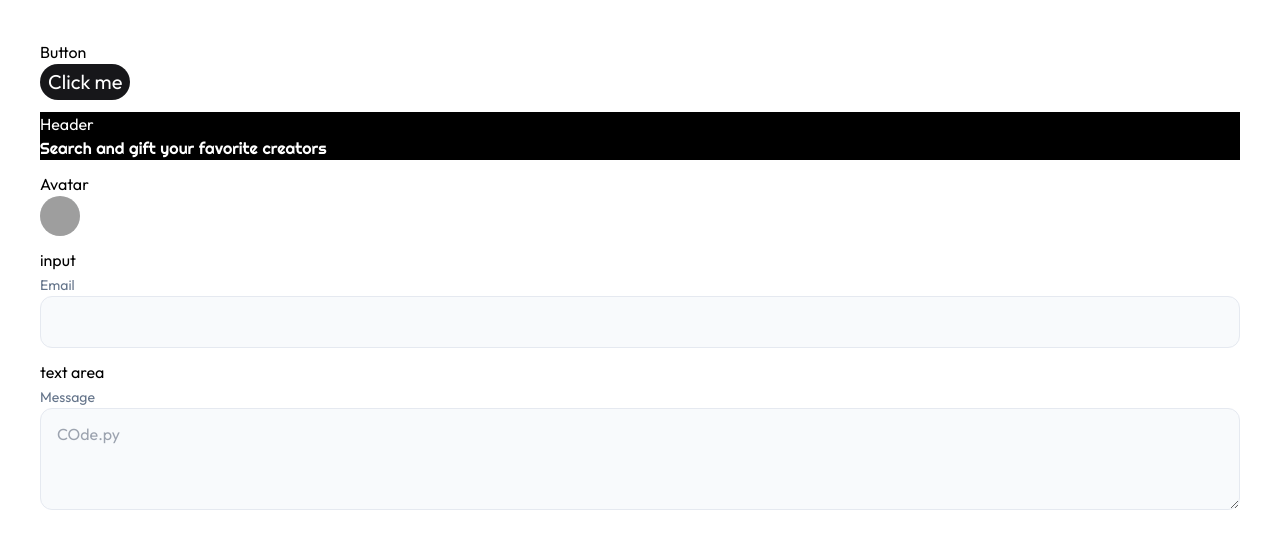
Repository: felixdusengimana/capstone-project-mirror
Page: /components (app in frontend/)
These files come from the project's save history. The page is drawn as it stood at one moment and after the next save; the edit follows.
The browser window is 1280 px wide. The pictures show the whole page.
Pictures or frames that could not be fetched are drawn as grey boxes. The project was rebuilt for these pictures with package versions that can differ from the ones it lists, and the page was loaded fresh each time. The framework's server and built-in components were replaced by stand-ins that run in the browser. Also part of the build but not shown: frontend/next.config.mjs, frontend/components/atoms/Icon.tsx.

Above is the page before, as saved 2024-03-11 11:43:21.

### frontend/app/layout.tsx
import type { Metadata } from "next";
import { Righteous, Outfit } from "next/font/google";
import "./globals.css";

const outfit = Outfit({ subsets: ["latin"], variable: "--font-outfit" });
const righteous = Righteous({
  subsets: ["latin"],
  variable: "--font-righteous",
  weight: "400",
});

export const metadata: Metadata = {
  title: "Pesatone - Search and gift your favorite creators",
  description:
    "A place where fans show gratitude to the African content creators they love!",
};

export default function RootLayout({
  children,
}: Readonly<{
  children: React.ReactNode;
}>) {
  return (
    <html lang="en">
      <body className={`${outfit.variable} ${righteous.variable} font-sans`}>
        {children}
      </body>
    </html>
  );
}

### frontend/app/components/page.tsx
import Avatar from "@/components/atoms/Avatar";
import Button from "@/components/atoms/Button";
import Headline from "@/components/atoms/Headline";
import Input from "@/components/atoms/Input";
import TextArea from "@/components/atoms/TextArea";
import React from "react";

export default function page() {
  return (
    <div className="p-10 flex flex-col gap-3">
      <div>
        <h1>Button</h1>
        <Button variant="secondary" size="sm">
          Click me
        </Button>
      </div>
      <div className="bg-black">
        <h1 className="text-white">Header</h1>
        <Headline>Search and gift your favorite creators</Headline>
      </div>
      <div>
        <h1>Avatar</h1>
        <Avatar src="https://letsenhance.io/static/8f5e523ee6b2479e26ecc91b9c25261e/1015f/MainAfter.jpg" />
      </div>
      <div>
        <h1>input</h1>
        <Input label="Email" />
      </div>
      <div>
        <h1>text area</h1>
        <TextArea placeholder="COde.py" label="Message" />
      </div>
    </div>
  );
}

### frontend/app/globals.css
@tailwind base;
@tailwind components;
@tailwind utilities;

:root {
  --bg: #171719;
  --bg-hover: #232326;
  --secondary-color: #17171A;
  --foreground-rgb: 0, 0, 0;
  --background-start-rgb: 214, 219, 220;
  --background-end-rgb: 255, 255, 255;
}

@media (prefers-color-scheme: dark) {
  :root {
    --foreground-rgb: 255, 255, 255;
    --background-start-rgb: 0, 0, 0;
    --background-end-rgb: 0, 0, 0;
  }
}

body {}

@layer utilities {
  .text-balance {
    text-wrap: balance;
  }
}

.page-padding {
  padding: 0 252px;
}

### frontend/components/atoms/Avatar.tsx
/* eslint-disable @next/next/no-img-element */
import { ComponentProps } from "react";
import Icon from "./Icon";

interface AvatarProps extends ComponentProps<"div"> {
  src: string;
  alt?: string;
  size?: "sm" | "md" | "lg" | "xl" | "2xl";
  circle?: boolean;
  bordered?: boolean;
  fallBackText?: string;
}
export default function Avatar({ ...props }: AvatarProps) {
  const {
    src,
    alt,
    size = "sm",
    circle = true,
    fallBackText,
    bordered,
    ...rest
  } = props;

  const sizeClasses = {
    sm: "w-10 h-10",
    md: "w-12 h-12",
    lg: "w-16 h-16",
    xl: "w-[150px] h-[150px]",
    "2xl": "w-[202px] h-[202px]",
  };

  return (
    <div
      {...rest}
      className={`bg-gray-100 ${circle ? "rounded-full" : "rounded"} ${
        bordered ? "border-2 border-white" : ""
      } ${sizeClasses[size]} ${
        rest.className
      } flex items-center justify-center overflow-hidden`}
    >
      {src ? (
        <img
          src={src}
          alt={alt}
          className={`w-full ${sizeClasses[size]} object-cover`}
        />
      ) : fallBackText ? (
        fallBackText
      ) : (
        <Icon name="user" />
      )}
    </div>
  );
}

### frontend/components/atoms/Button.tsx
import { ComponentProps } from "react";

interface ButtonProps extends ComponentProps<"button"> {
  variant?: "dark" | "white" | "blurred" | "secondary";
  size?: "sm" | "md" | "lg";
  bordered?: boolean;
}

export default function Button({ ...props }: ButtonProps) {
  const { variant = "dark", size = "md", bordered = false } = props;

  const variantClasses = {
    dark: "bg-black text-white",
    white: "bg-white text-black",
    secondary: "bg-secondary text-white",
    blurred: "bg-blurred text-white",
  };

  const sizeClasses = {
    sm: "px-2 py-1",
    md: "px-8 py-4",
    lg: "px-6 py-3",
  };

  const borderClasses = bordered ? "border border-black" : "";

  return (
    <button
      {...props}
      className={`text-xl font-normal rounded-full ${variantClasses[variant]} ${sizeClasses[size]} ${borderClasses} ${props.className}`}
    >
      {props.children}
    </button>
  );
}

### frontend/components/atoms/Headline.tsx
import { ComponentProps } from "react";

interface HeadlineProps extends ComponentProps<"h1"> {}

export default function Headline({ ...props }: HeadlineProps) {
  return (
    <div className={`font-mono text-white ${props.className}`}>
      {props.children}
    </div>
  );
}

### frontend/components/atoms/Input.tsx
import { ComponentProps, useId } from "react";

interface InputProps extends ComponentProps<"input"> {
  label?: string;
  labelStyle?: string;
}

export default function Input({ ...props }: InputProps) {
  const { label, labelStyle } = props;
  const id = useId();

  return (
    <div>
      {label && (
        <label
          className={`text-[#64748A] text-sm font-normal mb-1 ${labelStyle}`}
          htmlFor={props.id ?? id}
        >
          {label}
        </label>
      )}
      <input
        {...props}
        className={`bg-slate-50 py-[13px] px-4 border border-[#E5E9F0] outline-none w-full rounded-xl ${props.className}`}
        id={props.id ?? id}
      />
    </div>
  );
}

### frontend/components/atoms/TextArea.tsx
import { ComponentProps, useId } from "react";

interface TextAreaProps extends ComponentProps<"textarea"> {
  label?: string;
  labelStyle?: string;
}

export default function TextArea({ ...props }: TextAreaProps) {
  const { label, labelStyle } = props;
  const id = useId();

  return (
    <div>
      {label && (
        <label
          className={`text-[#64748A] text-sm font-normal mb-1 ${labelStyle}`}
          htmlFor={props.id ?? id}
        >
          {label}
        </label>
      )}
      <textarea
        {...props}
        className={`bg-slate-50 py-[13px] min-h-[102px] px-4 border border-[#E5E9F0] outline-none w-full rounded-xl ${props.className}`}
        id={props.id ?? id}
      />
    </div>
  );
}

### frontend/tailwind.config.ts
import type { Config } from "tailwindcss";

const config: Config = {
  content: [
    "./pages/**/*.{js,ts,jsx,tsx,mdx}",
    "./components/**/*.{js,ts,jsx,tsx,mdx}",
    "./app/**/*.{js,ts,jsx,tsx,mdx}",
  ],
  theme: {
    extend: {
      // backgroundImage: {
      //   "gradient-radial": "radial-gradient(var(--tw-gradient-stops))",
      //   "gradient-conic":
      //     "conic-gradient(from 180deg at 50% 50%, var(--tw-gradient-stops))",
      // },
      fontFamily: {
        sans: ["var(--font-outfit)"],
        mono: ["var(--font-righteous)"],
      },
      colors: {
        secondary: "var(--secondary-color)",
      },
    },
  },
  plugins: [],
};
export default config;

After the next save:
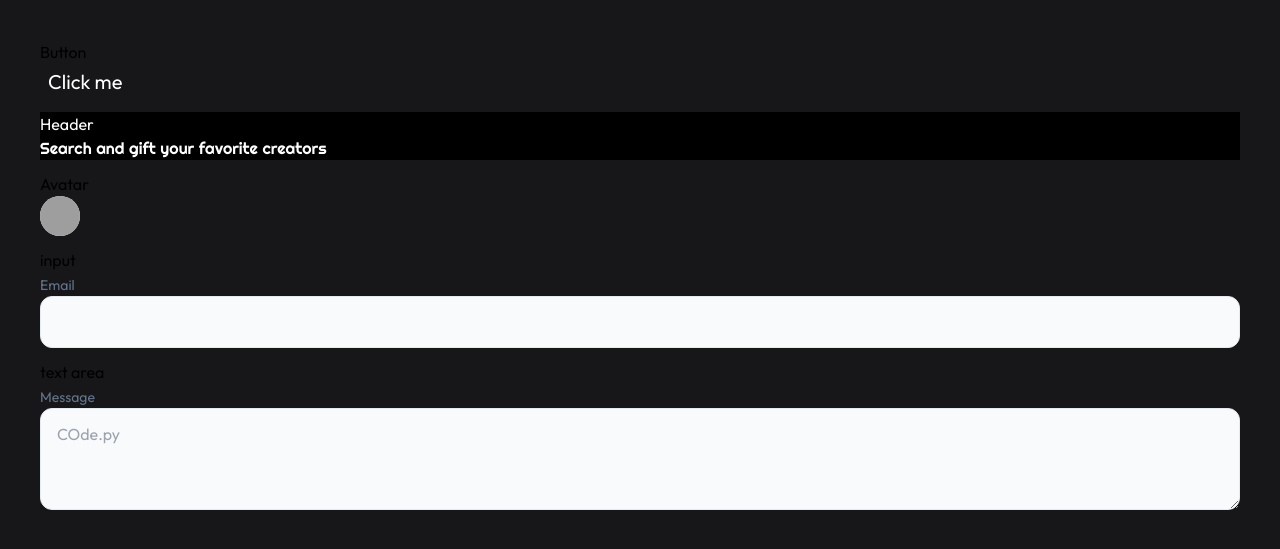
Saved 9 s later.
--- a/frontend/app/globals.css
+++ b/frontend/app/globals.css
@@ -19,7 +19,10 @@
   }
 }
 
-body {}
+body {
+  background: var(--bg);
+  color: rgb(var(--foreground-rgb));
+}
 
 @layer utilities {
   .text-balance {
